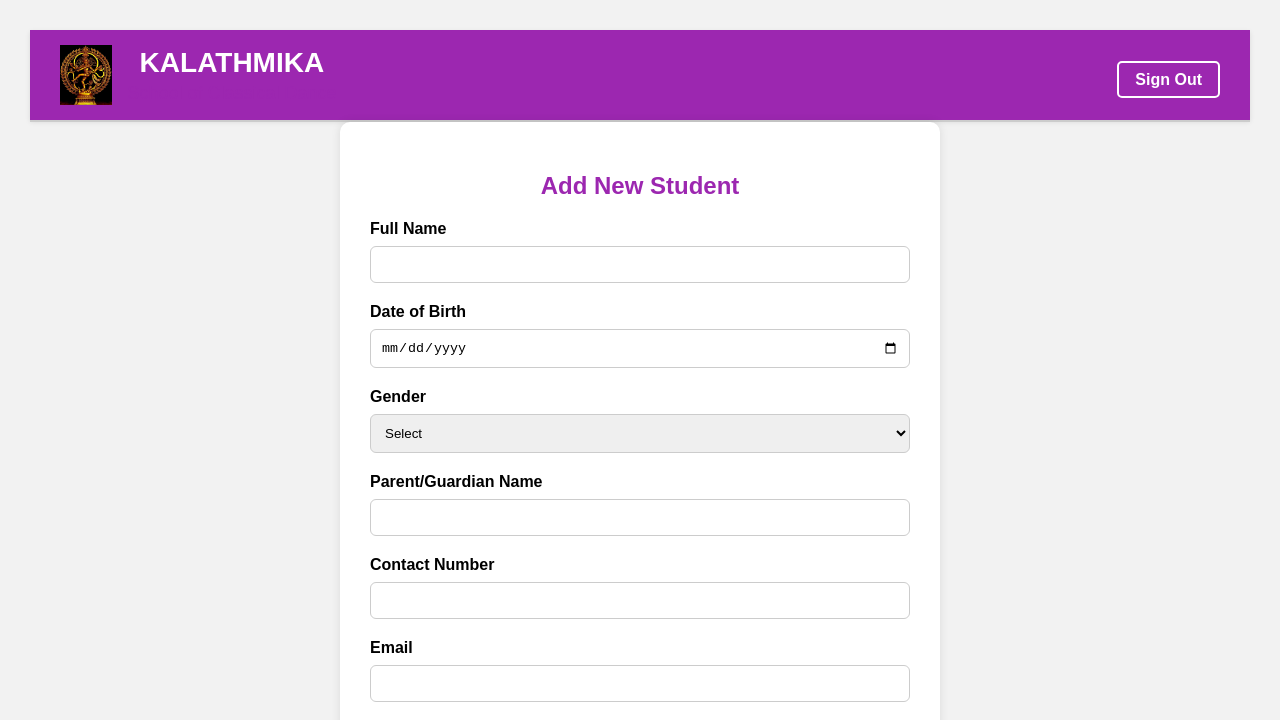
Repository: ammubancilal/LUMINAR-JDK17-STS4-SPRINGBOOT-KALATHMIKA-DANCESCHOOL
Page: http://localhost/springboot-jsp-kalathmika/WEB-INF/jsp/addNewStudent.jsp
The author's editor kept a copy of each file at every save. The page is drawn from the files as they stood at one save, then again after the next save.
The browser window is 1280 px wide. The pictures show the whole page.
An inner scrolling area shows only its first screen. The page is served by Tomcat 9. Nobody is signed in. Other server files are loaded and not shown. The template is opened directly, without the code that normally fills it, so the values that code supplies are empty.

Above is the page before, as saved 2025-04-22 06:08:41.

### springboot-jsp-kalathmika/src/main/webapp/WEB-INF/jsp/addNewStudent.jsp
<%@ page contentType="text/html;charset=UTF-8" language="java" %>
<%@ include file="header.jsp" %>
<!DOCTYPE html>
<html>
<head>
    <title>Add New Student</title>
    <style>
     ul.nav-menu {
            list-style-type: none;
            padding: 0;
            margin: 20px auto 0 auto;
            display: flex;
            justify-content: center;
            gap: 25px;
        }

        ul.nav-menu li a {
            text-decoration: none;
            background-color: #9C27B0;
            color: white;
            padding: 12px 20px;
            border-radius: 8px;
        }

        ul.nav-menu li a:hover {
            background-color: #7B1FA2;
        }
        body {
            font-family: Arial, sans-serif;
            background: #f2f2f2;
            padding: 30px;
        }

        .form-container {
            max-width: 600px;
            margin: auto;
            background: white;
            padding: 30px;
            box-shadow: 0 0 10px rgba(0,0,0,0.1);
            border-radius: 10px;
        }

        h2 {
            text-align: center;
            color: #9C27B0;
        }

        input, select, textarea {
            width: 100%;
            padding: 10px;
            margin-top: 8px;
            margin-bottom: 20px;
            border: 1px solid #ccc;
            border-radius: 6px;
        }

        label {
            font-weight: bold;
        }

        .btn-submit {
            background-color: #9C27B0;
            color: white;
            padding: 12px;
            border: none;
            border-radius: 8px;
            cursor: pointer;
            width: 100%;
        }

        .btn-submit:hover {
            background-color: #7B1FA2;
        }
    </style>
</head>
<body>

<div class="form-container">
    <h2>Add New Student</h2>
    <form action="${pageContext.request.contextPath}/addStudent" method="post">
        <label for="stu_name">Full Name</label>
        <input type="text" id="stu_name" name="stu_name" required>

        <label for="stu_dob">Date of Birth</label>
        <input type="date" id="stu_dob" name="stu_dob" required>

        <label for="stu_gender">Gender</label>
        <select id="stu_gender" name="stu_gender" required>
            <option value="">Select</option>
            <option value="Female">Female</option>
            <option value="Male">Male</option>
            <option value="Other">Other</option>
        </select>

        <label for="stu_parentName">Parent/Guardian Name</label>
        <input type="text" id="stu_parentName" name="stu_parentName" required>

        <label for="stu_contactNumber">Contact Number</label>
        <input type="text" id="stu_contactNumber" name="stu_contactNumber" required>

        <label for="stu_email">Email</label>
        <input type="email" id="stu_email" name="stu_email" required>

        <label for="stu_address">Address</label>
        <textarea id="stu_address" name="stu_address" rows="3" required></textarea>

        <label for="stu_dateOfjoin">Date of Joining</label>
        <input type="date" id="stu_dateOfjoin" name="stu_dateOfjoin" required>

        <label for="stu_danceForm">Dance Form</label>
        <select id="stu_danceForm" name="stu_danceForm" required>
            <option value="">Select</option>
            <option value="Bharatanatyam">Bharatanatyam</option>
            <option value="Kuchipudi">Kuchipudi</option>
            <option value="Mohiniyattam">Mohiniyattam</option>
        </select>

        <label for="stu_level">Level</label>
        <select id="stu_level" name="stu_level" required>
            <option value="">Select</option>
            <option value="Beginner">Beginner</option>
            <option value="Intermediate">Intermediate</option>
            <option value="Advanced">Advanced</option>
        </select>

        <button type="submit" class="btn-submit">Add Student</button>
    </form>
</div>

</body>
</html>
<%@ include file="footer.jsp" %>

### springboot-jsp-kalathmika/src/main/webapp/WEB-INF/jsp/header.jsp
<%@ page contentType="text/html;charset=UTF-8"%>
<!DOCTYPE html>
<html lang="en">
<head>
    <meta charset="UTF-8">
    <meta name="viewport" content="width=device-width, initial-scale=1.0">
    <title>Kalathmika Admin Dashboard</title>
    <style>
       html, body {
    height: 100%;
    margin: 0;
    padding: 0;
    overflow-x: hidden; /* 👈 Prevents horizontal scroll */
    box-sizing: border-box; /* 👈 Makes widths/paddings behave properly */
    background-color: #f4f4f4;
}

* {
    box-sizing: inherit;
    max-width: 100%; /* Prevents child elements from breaking the layout */
}

        /* Header section styling */
        .header {
            background-color: #9C27B0;
            padding: 15px 30px;
            display: flex;
            justify-content: space-between;
            align-items: center;
            box-shadow: 0 2px 5px rgba(0, 0, 0, 0.1);
            color: white;
            flex-wrap: wrap;
            width: 100%; /* Add this */

        }

        .header-left {
            display: flex;
            align-items: center;
            gap: 15px;
        }

        .header-left img {
            height: 60px;
            width: auto;
        }

        .text-block {
            display: flex;
            flex-direction: column;
            justify-content: center;
            text-align: center;
        }

        .text-block h1 {
            margin: 0;
            font-size: 28px;
            font-weight: bold;
        }

        .text-block h2 {
            margin: 4px 0 0 0;
            font-size: 18px;
            font-weight: normal;
        }

        .header-right {
            margin-top: 10px;
        }

        .header-right a {
            text-decoration: none;
            color: white;
            font-weight: bold;
            padding: 8px 16px;
            border: 2px solid white;
            border-radius: 5px;
            transition: background-color 0.3s, color 0.3s;
        }

        .header-right a:hover {
            background-color: white;
            color: #9C27B0;
        }

        hr {
            border: 1px solid #ccc;
            margin: 0;
        }

        /* Responsive design */
        @media (max-width: 600px) {
            .header {
                flex-direction: column;
                text-align: center;
            }

            .header-left {
                flex-direction: column;
                align-items: center;
            }

            .header-right {
                margin-top: 10px;
            }

            .text-block h1 {
                font-size: 22px;
            }

            .text-block h2 {
                font-size: 16px;
            }
        }
    </style>
</head>
<body>

    <div class="header">
        <div class="header-left">
            <img src="${pageContext.request.contextPath}/images/nadaraja.jpg" alt="Kalathmika Logo">
            <div class="text-block">
                <h1>KALATHMIKA</h1>
                <h2>School of Classical Dance</h2>
            </div>
        </div>
        <div class="header-right">
            <a href="${pageContext.request.contextPath}/index">Sign Out</a>
        </div>
    </div>

    <hr>

</body>
</html>

### springboot-jsp-kalathmika/src/main/webapp/WEB-INF/jsp/footer.jsp
<%@ page contentType="text/html;charset=UTF-8" %>
<!DOCTYPE html>
<html lang="en">
<head>
    <meta charset="UTF-8">
    <meta name="viewport" content="width=device-width, initial-scale=1.0">
    <title>Kalathmika Footer</title>
    <style>
        /* General styling for the body and layout */
        html, body {
            height: 100%; /* Ensures the body takes up the full height of the screen */
            margin: 0; /* Removes default margin */
            display: flex;
            flex-direction: column; /* Stacks the content vertically */
        }

        /* Main content area */
        .content {
            flex-grow: 1; /* Takes up the remaining space to push the footer to the bottom */
        }

        /* Footer section styling */
        .footer {
            text-align: center;
            padding: 20px;
            font-size: 16px;
            color: #fff;
            background-color: #9C27B0;
            border-top: 1px solid #ccc;
            margin-top: auto; /* Push footer to bottom if there's space */
        width: 100%;
        }

        .footer a {
            color: #fff;
            text-decoration: none;
        }

        .footer a:hover {
            text-decoration: underline;
        }
    </style>
</head>
<body>

   <!--  <div class="content">
        Your main content goes here

    </div> -->

    <div class="footer">
        &copy; 2025 Kalathmika Dance School. All rights reserved.
    </div>

</body>
</html>

After the next save:
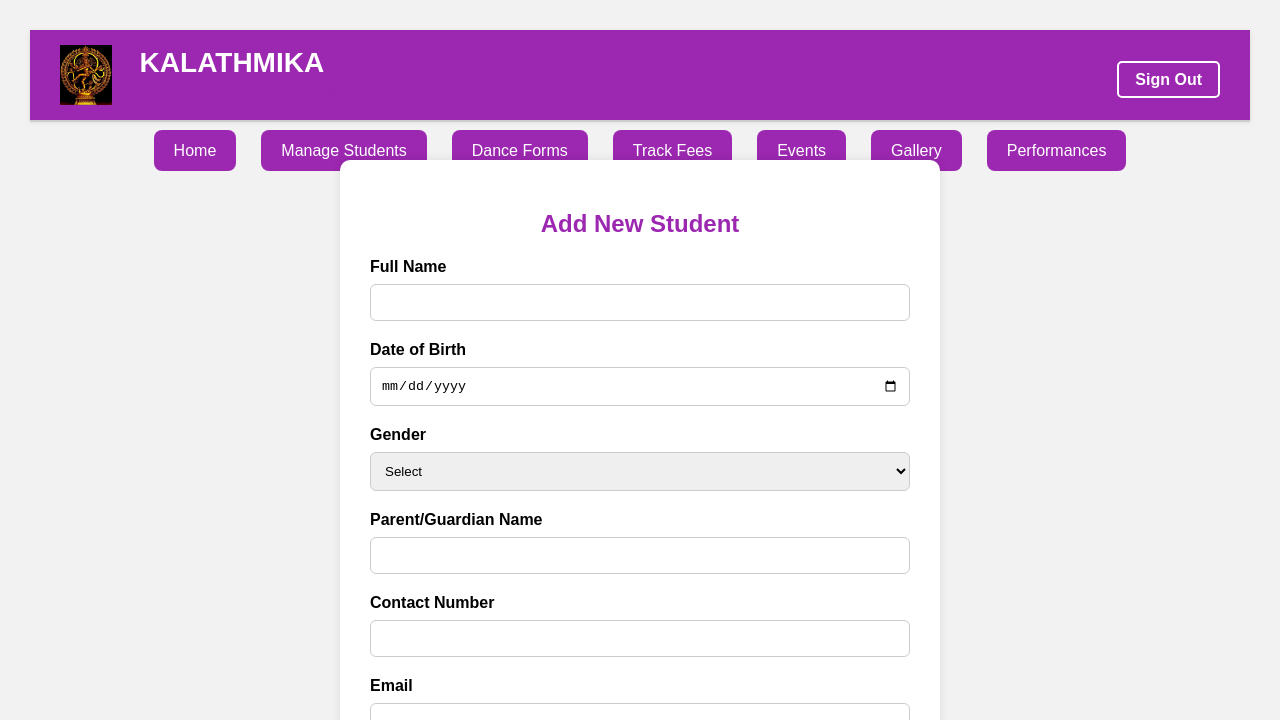
Saved 41 s later.
--- a/springboot-jsp-kalathmika/src/main/webapp/WEB-INF/jsp/addNewStudent.jsp
+++ b/springboot-jsp-kalathmika/src/main/webapp/WEB-INF/jsp/addNewStudent.jsp
@@ -75,6 +75,18 @@
 </head>
 <body>
 
+<nav>
+    <ul class="nav-menu">
+    <li><a href="/admin/dashboard">Home</a></li>
+        <li><a href="/manageStudents">Manage Students</a></li>
+        <li><a href="#">Dance Forms</a></li>
+        <li><a href="#">Track Fees</a></li>
+        <li><a href="#">Events</a></li>
+        <li><a href="#">Gallery</a></li>
+        <li><a href="#">Performances</a></li>
+    </ul>
+</nav>
+
 <div class="form-container">
     <h2>Add New Student</h2>
     <form action="${pageContext.request.contextPath}/addStudent" method="post">
